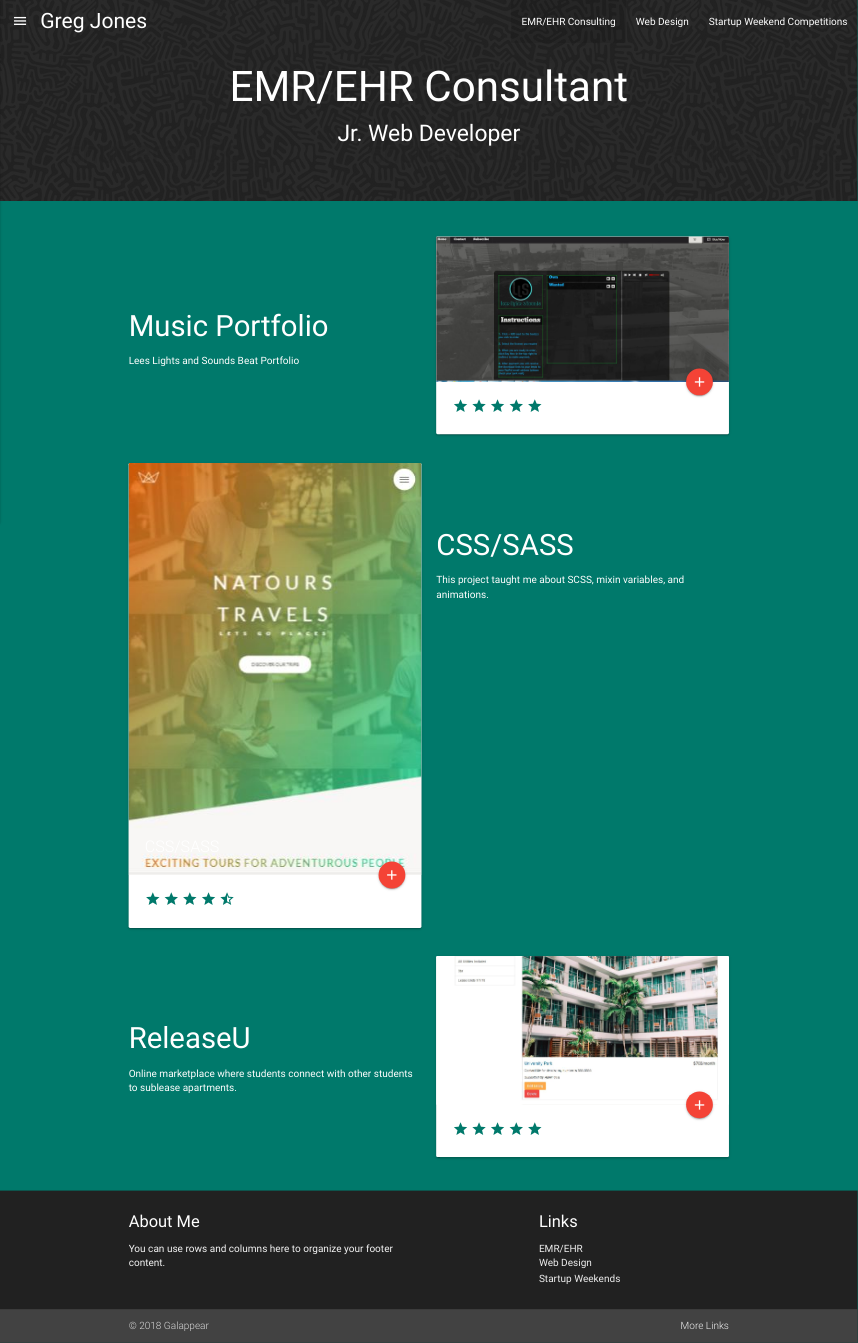
Repository: Greg919617/Existing-Portfolio
Page: web-design.html
The author's editor kept a copy of each file at every save. The page is drawn from the files as they stood at one save, then again after the next save.
The browser window is 1280 px wide. The pictures show the whole page, at 67% of full size.
Some web libraries are served in a nearby version.

Above is the page before, as saved 2018-06-26 18:14:00.

### web-design.html
<!DOCTYPE html>
<html>

<head>
  <!--Import Google Icon Font-->
  <link href="https://fonts.googleapis.com/icon?family=Material+Icons" rel="stylesheet">
  <!--Import materialize.css-->
  <link type="text/css" rel="stylesheet" href="css/materialize.min.css" media="screen,projection" />
  <link type="text/css" rel="stylesheet" href="css/main.css" />

  <!--Let browser know website is optimized for mobile-->
  <meta name="viewport" content="width=device-width, initial-scale=1.0" />
  <title>Galappear</title>
</head>

<body>
  <!-- Header -->
  <header class="main-header">
    <nav class="transparent nav-wrapper z-depth-0">
      <div class="nav-wrapper">
        <a href="#" data-activates="mobile-nav" class="button-collapse show-on-large">
          <i class="material-icons">menu</i>
        </a>
        <a href="index.html" class="brand-logo">Greg Jones</a>
        <ul class="right hide-on-med-and-down">
          <li class="active">
            <a href="index.html">EMR/EHR Consulting</a>
          </li>
          <li>
            <a href="web-design.html">Web Design</a>
          </li>
          <li>
            <a href="sw.html">Startup Weekend Competitions</a>
          </li>
        </ul>
      </div>
      <ul class="side-nav" id="mobile-nav">
        <li>
          <a href="index.html">EMR/EHR Consulting</a>
        </li>
        <li>
          <a href="web-design.html">Web Design</a>
        </li>
        <li>
          <a href="sw.html">Startup Weekend Competitions</a>
        </li>
      </ul>
    </nav>
    <h1 class="center">EMR/EHR Consultant</h1>
    <h4 class="center">Jr. Web Developer</h4>
  </header>

  <!-- Section: Main -->
  <section class="section section-main">
    <div class="container">
      <!-- Row 1 -->
      <div class="row row-1">
        <div class="col m6 hide-on-small-only">
          <div class="img-content">
            <h3> Music Portfolio</h3>
            Lees Lights and Sounds Beat Portfolio
          </div>
        </div>
        <div class="col m6">
          <div class="card">
            <div class="card-image">
              <img src="img/gallery/kleehomepage.jpg" alt="">
              <span class="card-title"></span>
              <a href="#abstract1" class="btn-floating halfway-fab waves-effect waves-light red modal-trigger">
                <i class="material-icons">add</i>
              </a>
            </div>
            <div class="card-content">
              <p>
                <i class="material-icons">star</i>
                <i class="material-icons">star</i>
                <i class="material-icons">star</i>
                <i class="material-icons">star</i>
                <i class="material-icons">star</i>
              </p>
            </div>
          </div>
        </div>
      </div>

      <!-- Row 2 -->
      <div class="row row-2">
        <div class="col m6">
          <div class="card">
            <div class="card-image">
              <img src="img/gallery/natoursheaderfinal.jpg" alt="">
              <span class="card-title">CSS/SASS</span>
              <a href="#abstract2" class="btn-floating halfway-fab waves-effect waves-light red modal-trigger">
                <i class="material-icons">add</i>
              </a>
            </div>
            <div class="card-content">
              <p>
                <i class="material-icons">star</i>
                <i class="material-icons">star</i>
                <i class="material-icons">star</i>
                <i class="material-icons">star</i>
                <i class="material-icons">star_half</i>
              </p>
            </div>
          </div>
        </div>
        <div class="col m6 hide-on-small-only">
          <div class="img-content">
            <h3>CSS/SASS</h3>
            This project taught me about SCSS, mixin variables, and animations.
          </div>
        </div>
      </div>

      <!-- Row 3 -->
      <div class="row row-3">
        <div class="col m6 hide-on-small-only">
          <div class="img-content">
            <h3>ReleaseU</h3>
            Online marketplace where students connect with other students to sublease apartments.
          </div>
        </div>
        <div class="col m6">
          <div class="card">
            <div class="card-image">
              <img src="img/gallery/apartment.jpg" alt="">
              <span class="card-title">Recogged</span>
              <a href="#abstract3" class="btn-floating halfway-fab waves-effect waves-light red modal-trigger">
                <i class="material-icons">add</i>
              </a>
            </div>
            <div class="card-content">
              <p>
                <i class="material-icons">star</i>
                <i class="material-icons">star</i>
                <i class="material-icons">star</i>
                <i class="material-icons">star</i>
                <i class="material-icons">star</i>
              </p>
            </div>
          </div>
        </div>
      </div>
    </div>
  </section>

  <!-- Footer -->
  <footer class="page-footer">
    <div class="container">
      <div class="row">
        <div class="col l6 s12">
          <h5 class="white-text">About Me</h5>
          <p class="grey-text text-lighten-4">You can use rows and columns here to organize your footer content.</p>
        </div>
        <div class="col l4 offset-l2 s12">
          <h5 class="white-text">Links</h5>
          <ul>
            <li>
              <a class="grey-text text-lighten-3" href="index.html">EMR/EHR</a>
            </li>
            <li>
              <a class="grey-text text-lighten-3" href="web-design.html">Web Design</a>
            </li>
            <li>
              <a class="grey-text text-lighten-3" href="sw.html">Startup Weekends</a>
            </li>

          </ul>
        </div>
      </div>
    </div>
    <div class="footer-copyright">
      <div class="container">
        © 2018 Galappear
        <a class="grey-text text-lighten-4 right" href="#!">More Links</a>
      </div>
    </div>
  </footer>

 <!-- Modal 1 -->
 <div id="abstract1" class="modal">
  <div class="modal-content">
    <h4>Lees Lights & Sounds</h4>
    <img src="img/gallery/kleehomepage.jpg" alt="" class="responsive-img"> Built A Music Portfolio using HTML, CSS/SASS and Jquery.
  </div>
  <div class="modal-footer">
    <p>
      <a class="leftmost-link" href="https://greg919617.github.io/Klee-Beats/" target="_blank">Demo Site</a>
    </p>
  </div>
</div>

<!-- Modal 2 -->
<div id="abstract2" class="modal">
  <div class="modal-content">
    <h4>Natours Travel Tutorial</h4>
    <img src="img/gallery/natoursmiddle.jpg" alt="" class="responsive-img"> <br> Used CSS/SASS to build this web application.
  </div>
  <div class="modal-footer">
    <p>
      <i class="material-icons">star</i>
      <i class="material-icons">star</i>
      <i class="material-icons">star</i>
      <i class="material-icons">star</i>
      <i class="material-icons">star_half</i>
    </p>
  </div>
</div>

<!-- Modal 3 -->
<div id="abstract3" class="modal">
  <div class="modal-content">
    <h4>ReleaseU</h4>
    <img src="img/gallery/aptlist.jpg" alt="" class="responsive-img"> <br> Used Crud Technology and Passport.JS for Authentication.
  </div>
  <div class="modal-footer">
    <p>
      <i class="material-icons">star</i>
      <i class="material-icons">star</i>
      <i class="material-icons">star</i>
      <i class="material-icons">star</i>
      <i class="material-icons">star</i>
    </p>
  </div>
</div>

  <!--Import jQuery before materialize.js-->
  <script type="text/javascript" src="https://code.jquery.com/jquery-3.2.1.min.js"></script>
  <script type="text/javascript" src="js/materialize.min.js"></script>
  <script>
    $(document).ready(function () {
      // Init Sidenav
      $('.button-collapse').sideNav();

      // Init Modal
      $('.modal').modal();

      // Scrollfire
      const options = [
        {
          selector: '.row-1', offset: 50, callback: function (el) {
            Materialize.fadeInImage($(el));
          }
        },
        {
          selector: '.row-2', offset: 300, callback: function (el) {
            Materialize.fadeInImage($(el));
          }
        },
        {
          selector: '.row-3', offset: 400, callback: function (el) {
            Materialize.fadeInImage($(el));
          }
        }
      ];

      Materialize.scrollFire(options);

    });
  </script>
</body>

</html>

Loaded but not shown: css/materialize.min.css (library); css/main.css (library); js/materialize.min.js (library)

After the next save:
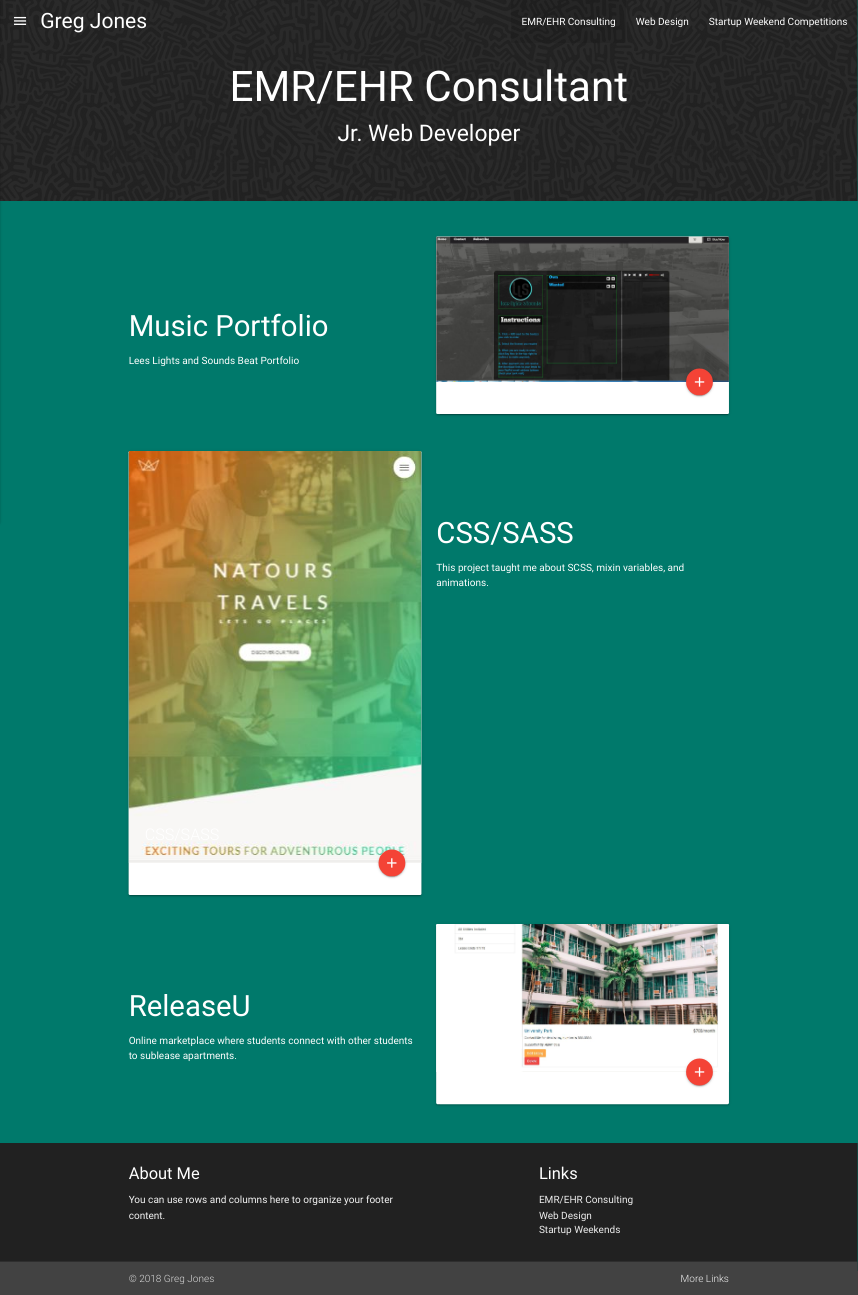
Saved 39 s later.
--- a/web-design.html
+++ b/web-design.html
@@ -72,11 +72,11 @@
             </div>
             <div class="card-content">
               <p>
-                <i class="material-icons">star</i>
-                <i class="material-icons">star</i>
-                <i class="material-icons">star</i>
-                <i class="material-icons">star</i>
-                <i class="material-icons">star</i>
+                <!-- <i class="material-icons">star</i>
+                <i class="material-icons">star</i>
+                <i class="material-icons">star</i>
+                <i class="material-icons">star</i>
+                <i class="material-icons">star</i> -->
               </p>
             </div>
           </div>
@@ -96,11 +96,11 @@
             </div>
             <div class="card-content">
               <p>
-                <i class="material-icons">star</i>
-                <i class="material-icons">star</i>
-                <i class="material-icons">star</i>
-                <i class="material-icons">star</i>
-                <i class="material-icons">star_half</i>
+                <!-- <i class="material-icons">star</i>
+                <i class="material-icons">star</i>
+                <i class="material-icons">star</i>
+                <i class="material-icons">star</i>
+                <i class="material-icons">star_half</i> -->
               </p>
             </div>
           </div>
@@ -132,11 +132,11 @@
             </div>
             <div class="card-content">
               <p>
-                <i class="material-icons">star</i>
-                <i class="material-icons">star</i>
-                <i class="material-icons">star</i>
-                <i class="material-icons">star</i>
-                <i class="material-icons">star</i>
+                <!-- <i class="material-icons">star</i>
+                <i class="material-icons">star</i>
+                <i class="material-icons">star</i>
+                <i class="material-icons">star</i>
+                <i class="material-icons">star</i> -->
               </p>
             </div>
           </div>
@@ -157,13 +157,13 @@
           <h5 class="white-text">Links</h5>
           <ul>
             <li>
-              <a class="grey-text text-lighten-3" href="index.html">EMR/EHR</a>
+              <a class="grey-text text-lighten-3" href="index.html">EMR/EHR Consulting</a>
             </li>
             <li>
-              <a class="grey-text text-lighten-3" href="web-design.html">Web Design</a>
+              <a class="grey-text text-lighten-3" href="logos.html">Web Design</a>
             </li>
             <li>
-              <a class="grey-text text-lighten-3" href="sw.html">Startup Weekends</a>
+              <a class="grey-text text-lighten-3" href="gaming.html">Startup Weekends</a>
             </li>
 
           </ul>
@@ -172,7 +172,7 @@
     </div>
     <div class="footer-copyright">
       <div class="container">
-        © 2018 Galappear
+        © 2018 Greg Jones
         <a class="grey-text text-lighten-4 right" href="#!">More Links</a>
       </div>
     </div>
